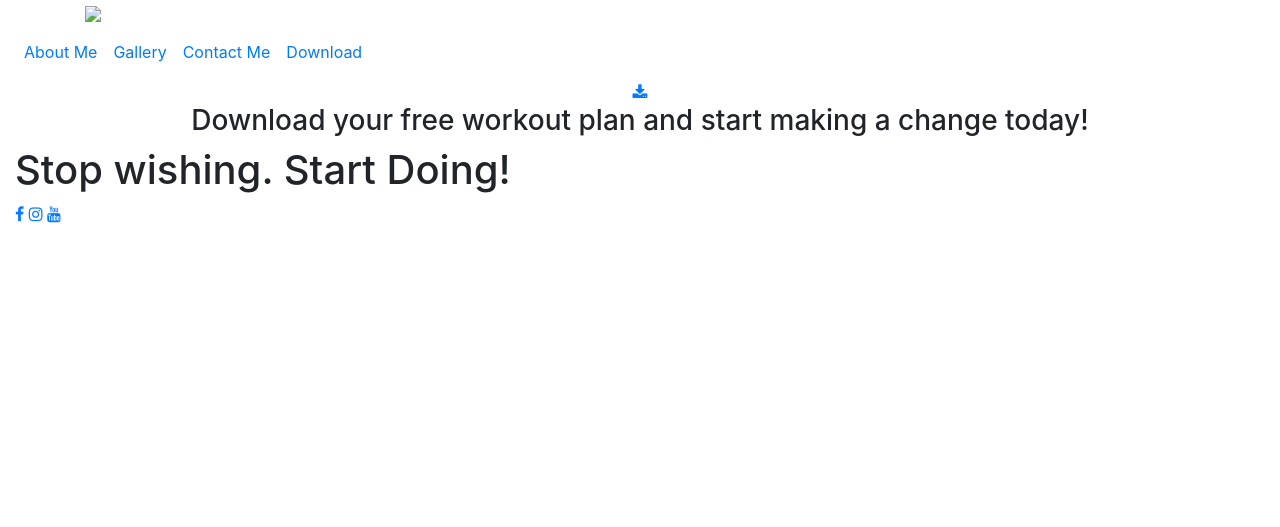
Repository: cnridley/youandi
Page: download.html
The author's editor kept a record of every edit. The page is drawn from the files as they stood at one moment, then again after the next edit.
The browser window is 1280 px wide. The pictures show the whole page.
Some web fonts or font styles are not loaded; a fallback is used. Some web libraries are served in a nearby version.

Above is the page before.
Not found: css/style.css
Not found: pictures/logggooo.png

After the next edit:
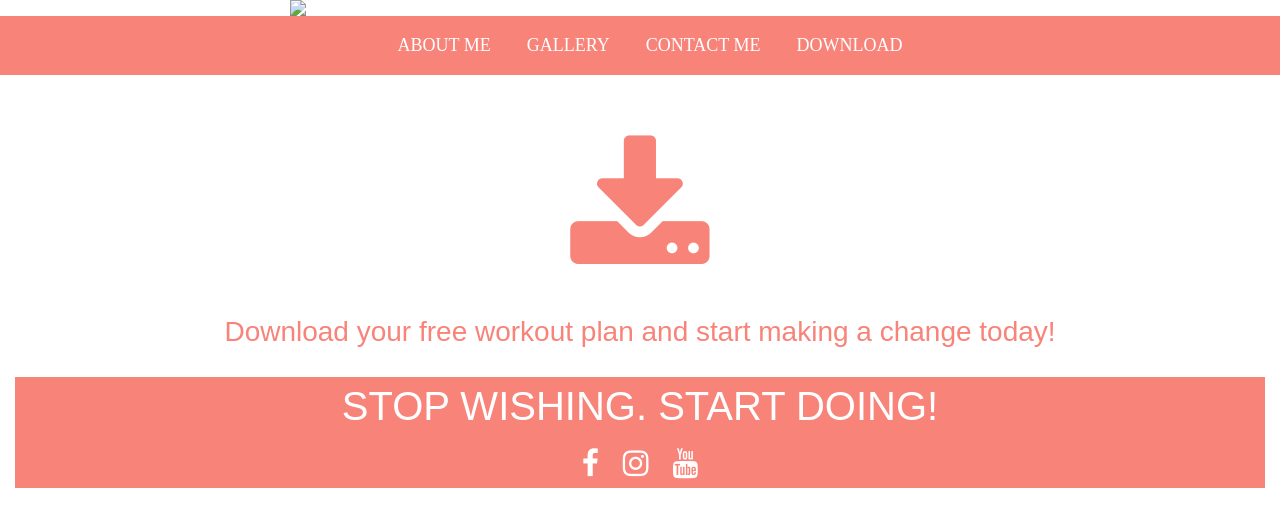
The edit:
--- a/download.html
+++ b/download.html
@@ -9,7 +9,7 @@
     <link rel="stylesheet" href="https://stackpath.bootstrapcdn.com/font-awesome/4.7.0/css/font-awesome.min.css" type="text/css" />
     <link rel="stylesheet" href="https://cdnjs.cloudflare.com/ajax/libs/hover.css/2.3.1/css/hover-min.css" type="text/css" />
     <link href="https://fonts.googleapis.com/css?family=Coda&display=swap" rel="stylesheet">
-    <link rel="stylesheet" href="css/style.css" type="text/css" />
+    <link rel="stylesheet" href="pages/css/style.css" type="text/css" />
     <title>You&i Fitness</title>
 </head>
 
